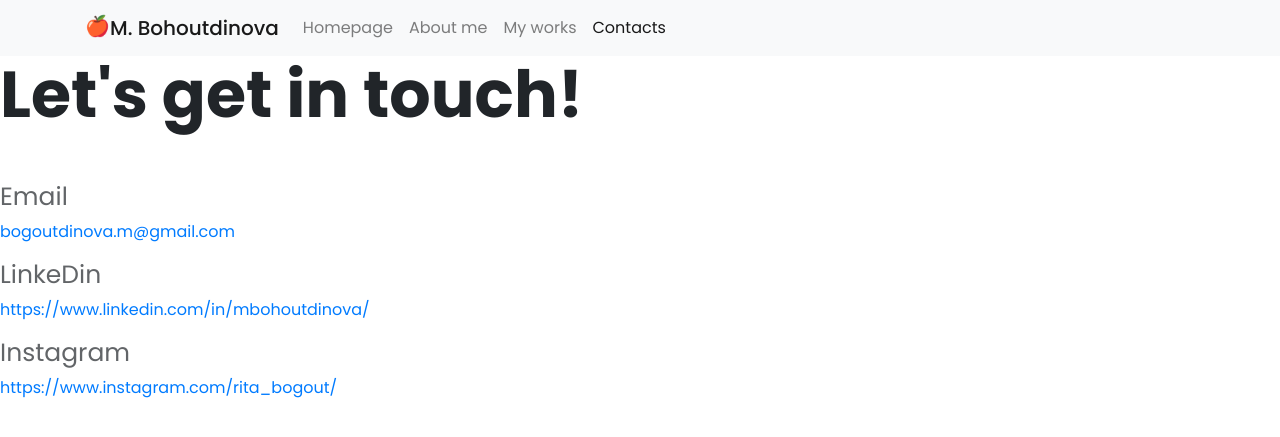
Repository: Bohoutdinova/Portfolio_week-4
Page: contact.html
The author's editor kept a copy of each file at every save. The page is drawn from the files as they stood at one save, then again after the next save.
The browser window is 1280 px wide. The pictures show the whole page.

Above is the page before, as saved 2022-08-15 11:07:05.

After the next save:
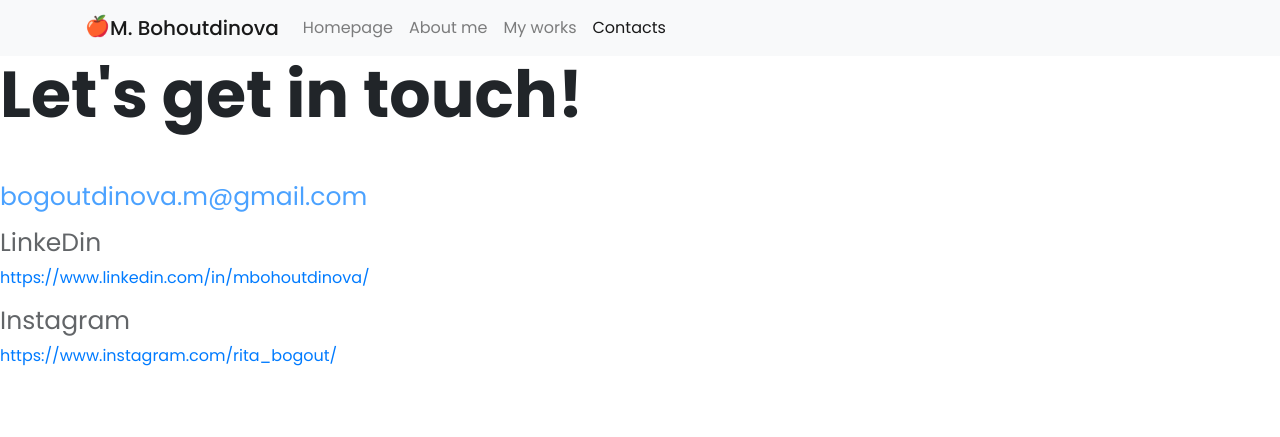
Saved 13 s later.
--- a/contact.html
+++ b/contact.html
@@ -85,7 +85,7 @@
     </nav>
     <div class="contacts-container">
       <h1 class="head-contacts mb-5">Let's get in touch!</h1>
-      <h3>Email</h3>
+      <h3 class="contacts-h3>Email</h3>
       <p class="contacts-p">
         <a href="mailto:bogoutdinova.m@gmail.com" title="mailto"
           >bogoutdinova.m@gmail.com</a

After the save that followed:
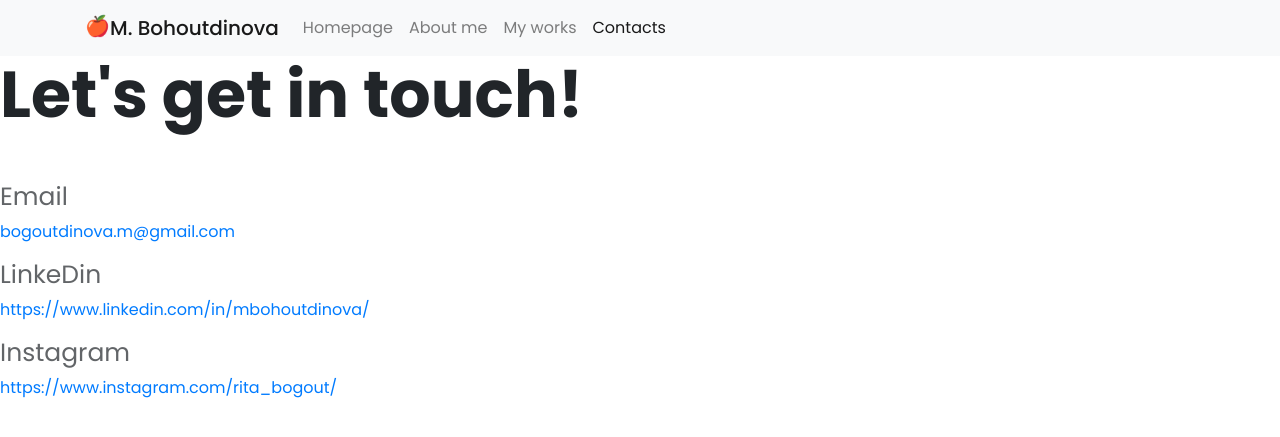
Saved 11 s later.
--- a/contact.html
+++ b/contact.html
@@ -85,7 +85,7 @@
     </nav>
     <div class="contacts-container">
       <h1 class="head-contacts mb-5">Let's get in touch!</h1>
-      <h3 class="contacts-h3>Email</h3>
+      <h3 class="contacts-h3">Email</h3>
       <p class="contacts-p">
         <a href="mailto:bogoutdinova.m@gmail.com" title="mailto"
           >bogoutdinova.m@gmail.com</a
